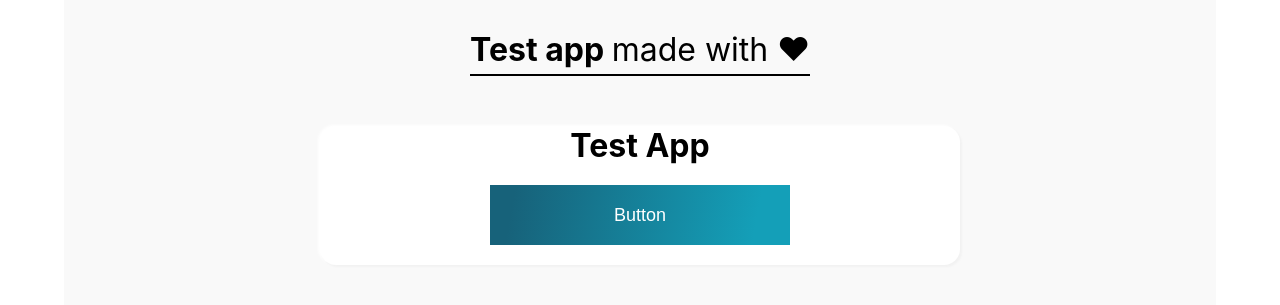
Repository: Khattak01/test-app
Page: /
An editor plug-in stored every save of this project. The page is shown before and after the next save, followed by the edit.
The browser window is 1280 px wide. The pictures show the whole page.
The project was rebuilt for these pictures with package versions that can differ from the ones it lists, and the page was loaded fresh each time.

Above is the page before, as saved 2021-05-12 07:56:35.

### public/index.html
<!DOCTYPE html>
<html lang="en">
  <head>
    <meta charset="utf-8" />
    <link rel="icon" href="%PUBLIC_URL%/favicon.ico" />
    <meta name="viewport" content="width=device-width, initial-scale=1" />
    <meta name="theme-color" content="#000000" />
    <meta
      name="description"
      content="Web site created using create-react-app"
    />
    <link rel="apple-touch-icon" href="%PUBLIC_URL%/logo192.png" />
    <!--
      manifest.json provides metadata used when your web app is installed on a
      user's mobile device or desktop. See https://developers.google.com/web/fundamentals/web-app-manifest/
    -->
    <link rel="manifest" href="%PUBLIC_URL%/manifest.json" />
    <!--
      Notice the use of %PUBLIC_URL% in the tags above.
      It will be replaced with the URL of the `public` folder during the build.
      Only files inside the `public` folder can be referenced from the HTML.

      Unlike "/favicon.ico" or "favicon.ico", "%PUBLIC_URL%/favicon.ico" will
      work correctly both with client-side routing and a non-root public URL.
      Learn how to configure a non-root public URL by running `npm run build`.
    -->
    <title>Login App</title>
  </head>
  <body>
    <noscript>You need to enable JavaScript to run this app.</noscript>
    <div id="root"></div>
    <!--
      This HTML file is a template.
      If you open it directly in the browser, you will see an empty page.

      You can add webfonts, meta tags, or analytics to this file.
      The build step will place the bundled scripts into the <body> tag.

      To begin the development, run `npm start` or `yarn start`.
      To create a production bundle, use `npm run build` or `yarn build`.
    -->
  </body>
</html>

### src/index.js
import React from 'react';
import ReactDOM from 'react-dom';
import './index.css';
import App from '../src/components/app/App';

ReactDOM.render(
  <React.StrictMode>
      <App />
  </React.StrictMode>,
  document.getElementById('root')
);

### src/index.css
*{
  margin: 0;
  padding: 0;
  box-sizing: border-box;
}
body {
  margin: 0;
  font-family: -apple-system, BlinkMacSystemFont, 'Segoe UI', 'Roboto', 'Oxygen',
    'Ubuntu', 'Cantarell', 'Fira Sans', 'Droid Sans', 'Helvetica Neue',
    sans-serif;
  -webkit-font-smoothing: antialiased;
  -moz-osx-font-smoothing: grayscale;
}

code {
  font-family: source-code-pro, Menlo, Monaco, Consolas, 'Courier New',
    monospace;
}

.container{
  width:90%;
  margin:auto auto;
  background-color: #f9f9f9;
  padding: 10px;
}

### src/components/app/App.js
import React from 'react'
import './App.css'
import Banner from '../banner/Banner'

const App = () => {
    return (
        <div className="app container">
            <h1>Test app <span style={{fontWeight:'lighter'}}> made with </span> &#10084;</h1>
            <Banner />
        </div>
    )
}

export default App

### src/components/app/App.css
.app {
  padding: 30px 0;
  min-height: 100vh;
  text-align: center;
}
.app > h1 {
  display: inline-block;

  text-align: center;
  width: max-content;
  padding-bottom: 5px;
  border-bottom: 2px solid black;
  margin-bottom: 50px;
}

:root {
  --color-primary: linear-gradient(
    100.28537797494744deg,
    rgba(23, 98, 122, 1) 6.8671875%,
    rgba(23, 98, 122, 1) 8.216145833333332%,
    rgba(20, 159, 184, 1) 87.80468749999999%
  );
}

### src/components/banner/Banner.js
import React from 'react'
import classes from './Banner.module.css'

import Box from '../../UI/box/Box'

const Banner = () => {

    return (
        <Box className={classes.banner}>
            <h1>Test App</h1>
            <button className={classes.banner__btn}>Button</button>
        </Box>
    )
}

export default Banner

### src/components/banner/Banner.module.css
.banner {
  width: 100%;
  max-width: 40rem;
  min-width: 50vh;
  /* border: 1px solid black; */
  margin: auto auto;

  display: flex;
  flex-direction: column;
  gap: 20px;
  padding: 20px;
  padding-top: 0;
}
.banner > *:not(:first-child) {
  min-width: 300px !important;
  margin: auto auto;
}

.banner__btn {
  width: 300px !important;
  display: flex;
  justify-content: center;
  align-items: center;
  /* background:#1AAB8A; */

  background-image: var(--color-primary);

  color: #fff;
  border: none;
  position: relative;
  height: 60px;
  font-size: 18px;
  padding: 0 20px;
  cursor: pointer;
  transition: 800ms ease all;
  outline: none;
}
.banner__btn:hover {
  background: #fff;
  color: #1aab8a;
}
.banner__btn:before,
.banner__btn:after {
  content: "";
  position: absolute;
  top: 0;
  right: 0;
  height: 2px;
  width: 0;
  background: #1aab8a;
  transition: 400ms ease all;
}
.banner__btn:after {
  right: inherit;
  top: inherit;
  left: 0;
  bottom: 0;
}
.banner__btn:hover:before,
.banner__btn:hover:after {
  width: 100%;
  transition: 800ms ease all;
}

### src/UI/box/Box.js

import React from 'react'
import classes from './Box.module.css'

const Box = (props) => {
    return (
        <div onClick={props.onClick} className={[classes.box,props.className].join(' ')}>
            {props.children}
        </div>
    )
}

export default Box

### src/UI/box/Box.module.css
.box {
  background-color: #ffffff;
  transition: all 0.25s cubic-bezier(0.86, 1.26, 0.59, 1.03);
  /* min-height: 1rem; */
  /* padding: 1rem; */
  border-radius: 1rem;
  box-shadow: 2px 2px 2px #f2f2f2, -2px -1px 3px #ffffff;
}
.box:hover {
  /* transform: translateZ(0) scale(1.05); */
  backface-visibility: hidden;
}

After the next save:
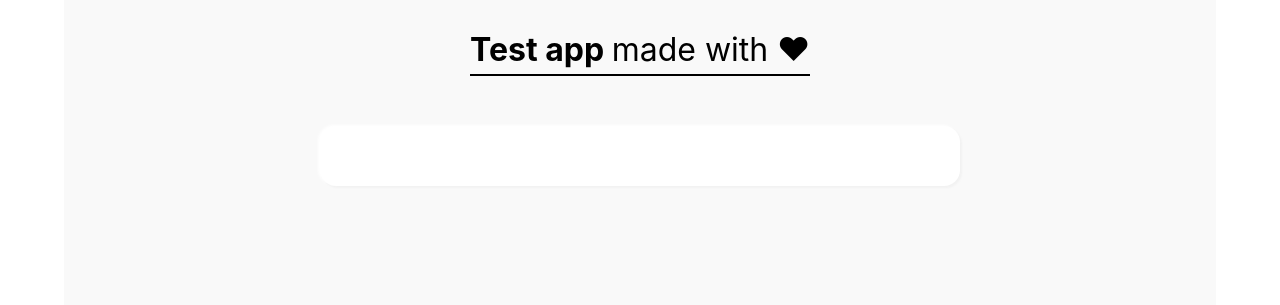
Saved 2 min 7 s later.
--- a/src/components/banner/Banner.js
+++ b/src/components/banner/Banner.js
@@ -7,8 +7,11 @@
 
     return (
         <Box className={classes.banner}>
-            <h1>Test App</h1>
-            <button className={classes.banner__btn}>Button</button>
+            {/* <h1>Test App</h1>
+            <button className={classes.banner__btn}>Button</button> */}
+            <div className={classes.banner__top}></div>
+            <div className={classes.banner__center}></div>
+            <div className={classes.banner__bottom}></div>
         </Box>
     )
 }
